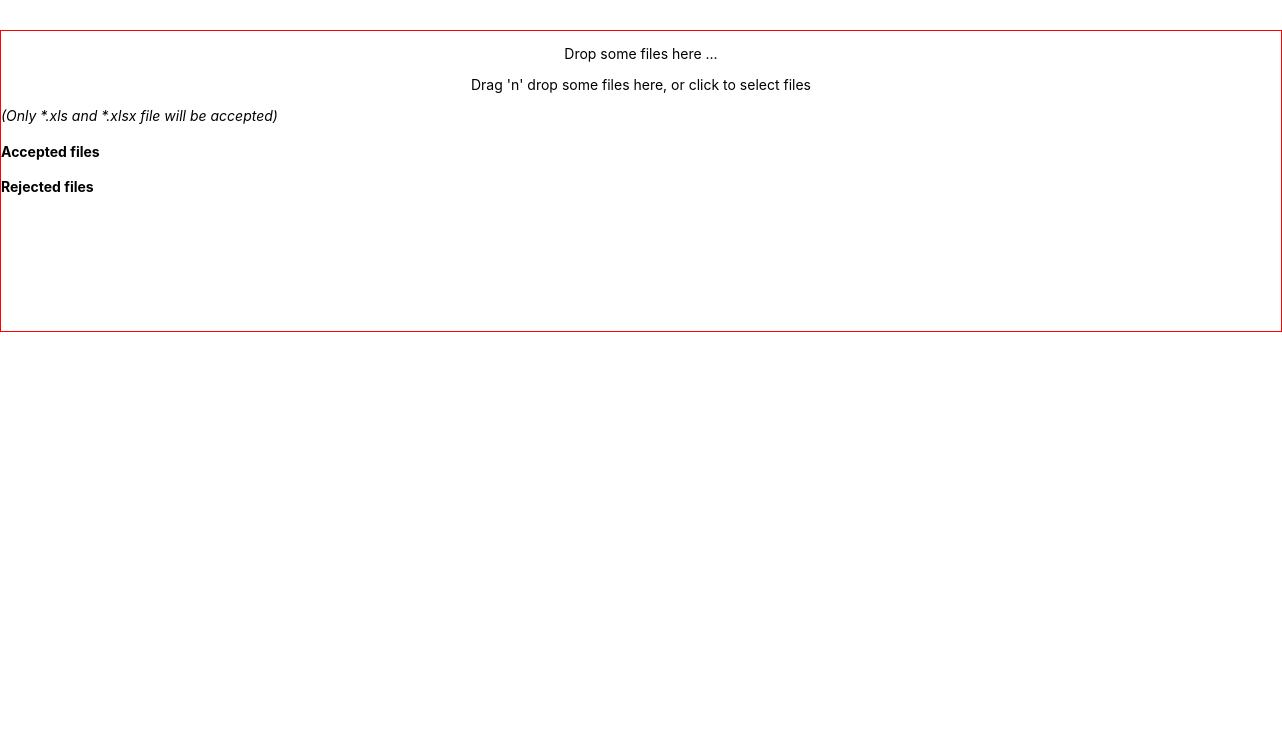
Repository: enigmawxy/abi2020
Page: /
The author's editor kept a copy of each file at every save. The page is drawn from the files as they stood at one save, then again after the next save.
The browser window is 1280 px wide. The page is 1282 px wide, so the pictures cover 1282 px, including what lies to the right of the window. The pictures show the whole page.
The page's requests for data from a server got no answer. The project was rebuilt for these pictures with package versions that can differ from the ones it lists, and the page was loaded fresh each time. No one was signed in, and anything a server would have sent is missing. Also part of the build but not shown: src/components/login/login.scss, src/components/login/login.jsx, src/common/header.scss, src/common/header.jsx, src/common/footer.scss, src/common/footer.jsx, src/components/register/content.scss, src/components/register/content.jsx and 3 more.

Above is the page before, as saved 2020-08-19 10:34:57.

### src/App.js
import React from 'react';
import './App.css';
import Login from './components/login/login'
import Register from './components/register/register';
import Accept from './common/Accept';
import Previews from './common/Previews'

function App() {
  return (
    <div className="App">
      <Accept/>
    </div>
  );
}

export default App;

### src/common/Accept.jsx
import React, { useState, useEffect } from 'react';
import {useDropzone} from 'react-dropzone';
import './Accept.scss'

function Accept(props) {
  const [uploaded, setUpload] = useState({uploaded: false})
  const [progress, setProgress] = useState({progress: "0%"})
  const [info, setInfo] = useState({info: ""})
  const [curr, setFile] = useState('')
  const [currFile, setCurrFile] = useState(null)

  const {
    acceptedFiles,
    fileRejections,
    getRootProps,
    getInputProps,
    isDragActive,
    isDragAccept,
    isDragReject
  } = useDropzone({
    accept: ".csv,application/vnd.ms-excel,application/vnd.openxmlformats-officedocument.spreadsheetml.sheet"
  });

  useEffect(()=>{
    console.log(curr, currFile)
    let serverURL = "http://localhost:9093/manage/bi/uploadExcelTest"
    const xhr = new XMLHttpRequest();
    const fd = new FormData();
    xhr.onreadystatechange = function() {
      if (xhr.readyState === 4 && xhr.status === 200) {
          console.log(xhr.responseText)
          setInfo(xhr.responseText)
      }
    };

    xhr.upload.addEventListener("progress", function(event) {
      if(event.lengthComputable){
          setProgress(Math.ceil(event.loaded * 100 / event.total) + "%")
      }
    }, false);

    fd.append("file", currFile);
    xhr.open("POST", serverURL, true);
    xhr.send(fd);
  }, [curr])

  const acceptedFileItems = acceptedFiles.map(file => {
    // 上传文件, 下面几行代码是为了解决重复上传的问题，因为拖拽时
    // 这个功能不断被调用，文件都是同一个文件所以使用这两个变量来实现
    // 文件上传的动作在useEffect副作用中执行。
    if(curr == '') {
      setFile(file.name)
      setCurrFile(file)
    }
    else {
      if(curr !== file.name) {
        setFile(file.name)
        setCurrFile(file)
      }
    }

    return (
      <li key={file.path}>
        {file.path} - {file.size} bytes
      </li>
    )
  });

  const fileRejectionItems = fileRejections.map(({ file, errors }) => {
    console.log(file);
    return (
      <li key={file.path}>
        {file.path} - {file.size} bytes
        <ul>
          {errors.map(e => (
            <li key={e.code}>{e.message}</li>
          ))}
        </ul>
      </li>
  )});

  return (
    <section className="container">
      <div {...getRootProps({ className: 'dropzone' })}>
        <input {...getInputProps()} />
        {isDragAccept && (<p>All files will be accepted</p>)}
        {isDragReject && (<p>Some files will be rejected</p>)}
        {!isDragActive && (<p>Drop some files here ...</p>)}
        <p>Drag 'n' drop some files here, or click to select files</p>
        <em>(Only *.xls and *.xlsx file will be accepted)</em>
        {/* <div class="progress-bar">
          <div class="progress"  id="progress" style="{width: ${progress}}"></div>
        </div>
        <p id="info" innerHTML={info}></p> */}
      </div>
      <aside>
        <h4>Accepted files</h4>
        <ul>{acceptedFileItems}</ul>
        <h4>Rejected files</h4>
        <ul>{fileRejectionItems}</ul>
      </aside>
    </section>
  );
}

export default Accept

### src/common/Accept.scss
.container {
    width: 100%;
    height: 300px;
    margin-top: 30px;
    border: 1px solid red;
    p {
        text-align: center;
    }
}

.progress-bar {
    border: 1px solid #000;
    .progress {
        width: 0;
        background: #DEDEDE;
        height: 20px;
    }
}

Loaded but not shown: src/index.js (common file); src/index.css (common file); src/serviceWorker.js (common file); src/App.css (common file)

After the next save:
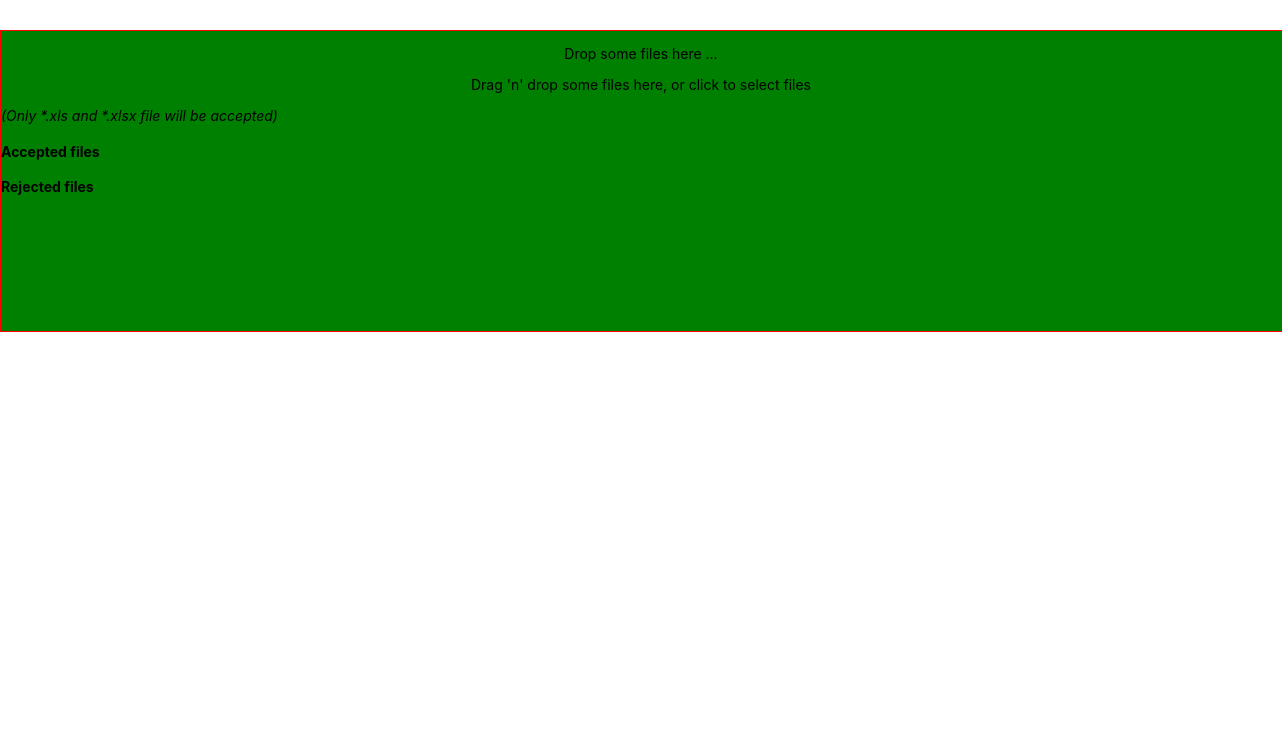
Saved 16 s later.
--- a/src/common/Accept.scss
+++ b/src/common/Accept.scss
@@ -2,6 +2,7 @@
     width: 100%;
     height: 300px;
     margin-top: 30px;
+    background: green;
     border: 1px solid red;
     p {
         text-align: center;
